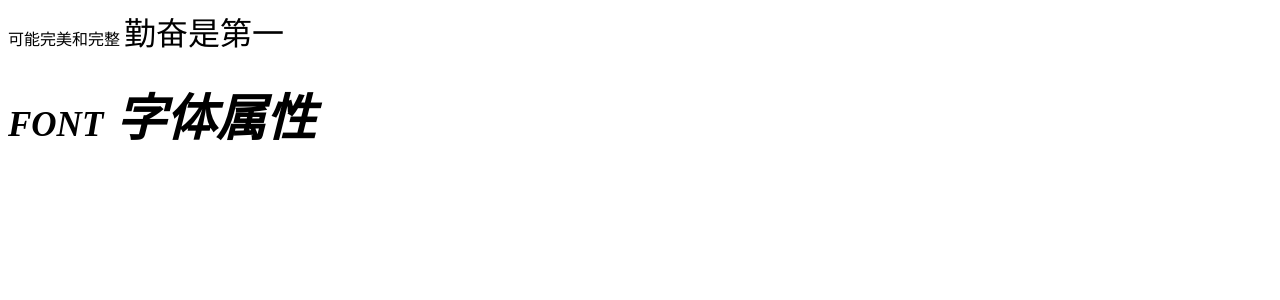
Repository: yuquan1006/-
Page: 02_css/demo.html
An editor plug-in stored every save of this project. The page is shown before and after a run of saves, followed by the edit.
The browser window is 1280 px wide. The pictures show the whole page.

Above is the page before, as saved 2023-06-26 10:36:55.

### 02_css/demo.html
<!DOCTYPE html>
<html lang="en">
<head>
    <meta charset="UTF-8">
    <meta name="viewport" content="width=device-width, initial-scale=1.0">
    <title>Document</title>
    <style type="text/css">
        /* 相对单位 */
        label{
            font-size: 200%; /* 文字大小是周围文字大小的两倍 */
        }

        /* font 字体属性  CSS中，有很多非布局样式（与布局无关），包括：字体、行高、颜色、大小、背景、边框、滚动、换行、装饰性属性（粗体、斜体、下划线）等。 这一段，我们先来讲一下字体属性*/
        p{
            font-size: 50px; 		/*字体大小*/
            line-height: 30px;      /*行高*/
            font-family: 幼圆,黑体; 	/*字体类型：如果没有幼圆就显示黑体，没有黑体就显示默认*/
            font-style: italic ;		/*italic表示斜体，normal表示不倾斜*/
            font-weight: bold;	/*粗体*/
            font-variant: small-caps;  /*小写变大写*/
        }
    </style>
</head>
<body>
    <div>
        可能完美和完整
        <label>勤奋是第一</label>
    </div>

    <div>
        <p>font 字体属性</p>
    </div>

    <!-- 字体属性-->

</body>
</html>

After the next 4 saves:
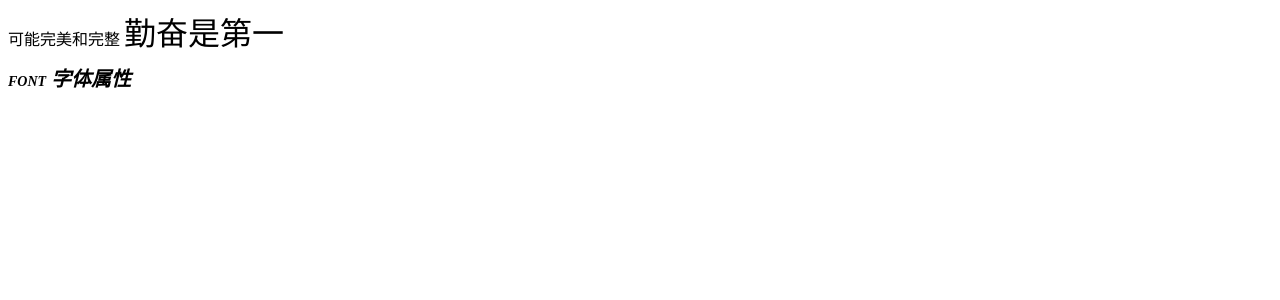
The 4 saves are shown as one change because they came seconds apart.
The last was saved 2 min 51 s later.
--- a/02_css/demo.html
+++ b/02_css/demo.html
@@ -12,8 +12,8 @@
 
         /* font 字体属性  CSS中，有很多非布局样式（与布局无关），包括：字体、行高、颜色、大小、背景、边框、滚动、换行、装饰性属性（粗体、斜体、下划线）等。 这一段，我们先来讲一下字体属性*/
         p{
-            font-size: 50px; 		/*字体大小*/
-            line-height: 30px;      /*行高*/
+            font-size: 20px; 		/*字体大小*/
+            line-height: 10px;      /*行高*/
             font-family: 幼圆,黑体; 	/*字体类型：如果没有幼圆就显示黑体，没有黑体就显示默认*/
             font-style: italic ;		/*italic表示斜体，normal表示不倾斜*/
             font-weight: bold;	/*粗体*/
